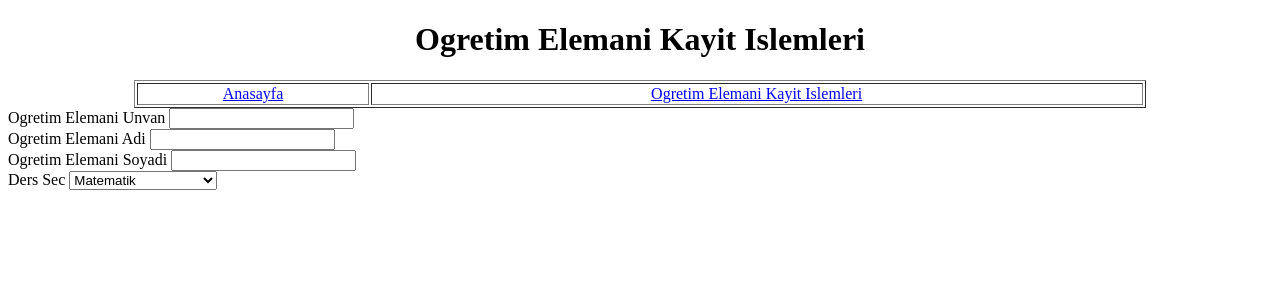
Repository: Egemen-ve-Burakhan-internet-final/final
Page: http://localhost/ogretim/ogretmen_kayit.jsp
The author's editor kept a copy of each file at every save. The page is drawn from the files as they stood at one save, then again after the next save.
The browser window is 1280 px wide. The pictures show the whole page.
The page is served by Tomcat 9.

Above is the page before, as saved 2020-05-25 14:23:26.

After the next save:
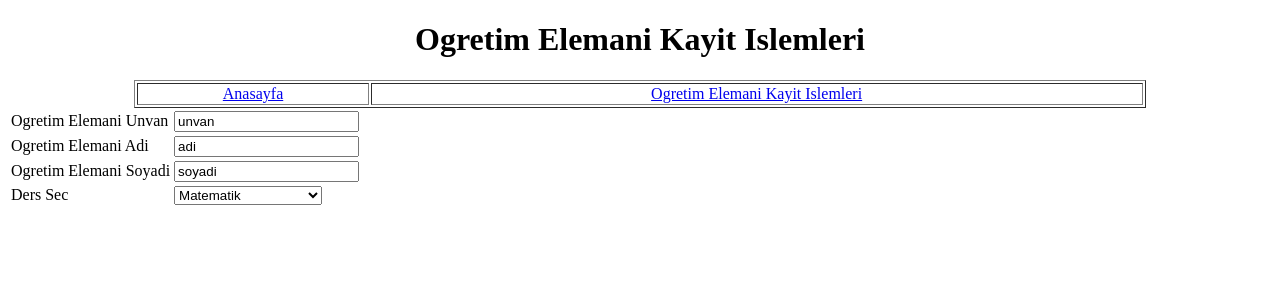
Saved 2 min 55 s later.
--- a/okul/ogretim/WebContent/ogretmen_kayit.jsp
+++ b/okul/ogretim/WebContent/ogretmen_kayit.jsp
@@ -22,31 +22,43 @@
 
 		<div>
 			<form>
-				<label>Ogretim Elemani Unvan</label>
-				<input type="text" name="unvan"><br>
+		<table>
+			<tr>
+				<td><label>Ogretim Elemani Unvan</label></td>
+				<td><input type="text" name="unvan" value="unvan"></td>
+			</tr>
 
-				<label>Ogretim Elemani Adi</label>
-				<input type="text" name="adi"><br>
+			<tr>
+				<td><label>Ogretim Elemani Adi</label></td>
+				<td><input type="text" name="adi" value="adi"></td>
+			</tr>
 
-				<label>Ogretim Elemani Soyadi</label>
-				<input type="text" name="soyadi"><br>
+			<tr>
+				<td><label>Ogretim Elemani Soyadi</label></td>
+				<td><input type="text" name="soyadi" value="soyadi"></td>
+			</tr>
 
-				<label>Ders Sec</label>
-				 <select name="ders" id="ders">
-				    <option value="matematik">Matematik</option>
-				    <option value="turkce">Turkce</option>
-				    <option value="ingilizce">Ingilizce</option>
-				    <option value="tarih">Tarih</option>
-				    <option value="felsefe">Felsefe</option>
-				    <option value="biyoloji">Biyoloji</option>
-				    <option value="fizik">Fizik</option>
-				    <option value="kimya">Kimya</option>
-				    <option value="internet_programciligi">Internet Programciligi</option>
-				    <option value="muzik">Muzik</option>
-				    <option value="beden_egitimi">Beden Eğitimi</option>
-				    <option value="din_kulturu">Din Kulturu</option>
-		 		 </select>
-			</form>
+			<tr>
+				<td><label>Ders Sec</label></td>
+				<td>
+					<select name="ders" id="ders">
+					    <option value="matematik">Matematik</option>
+					    <option value="turkce">Turkce</option>
+					    <option value="ingilizce">Ingilizce</option>
+					    <option value="tarih">Tarih</option>
+					    <option value="felsefe">Felsefe</option>
+					    <option value="biyoloji">Biyoloji</option>
+					    <option value="fizik">Fizik</option>
+					    <option value="kimya">Kimya</option>
+					    <option value="internet_programciligi">Internet Programciligi</option>
+					    <option value="muzik">Muzik</option>
+					    <option value="beden_egitimi">Beden Eğitimi</option>
+					    <option value="din_kulturu">Din Kulturu</option>
+	 			 	</select>
+	 			</td>
+			</tr>
+		</table>
+	</form>
 		</div>
 
 
